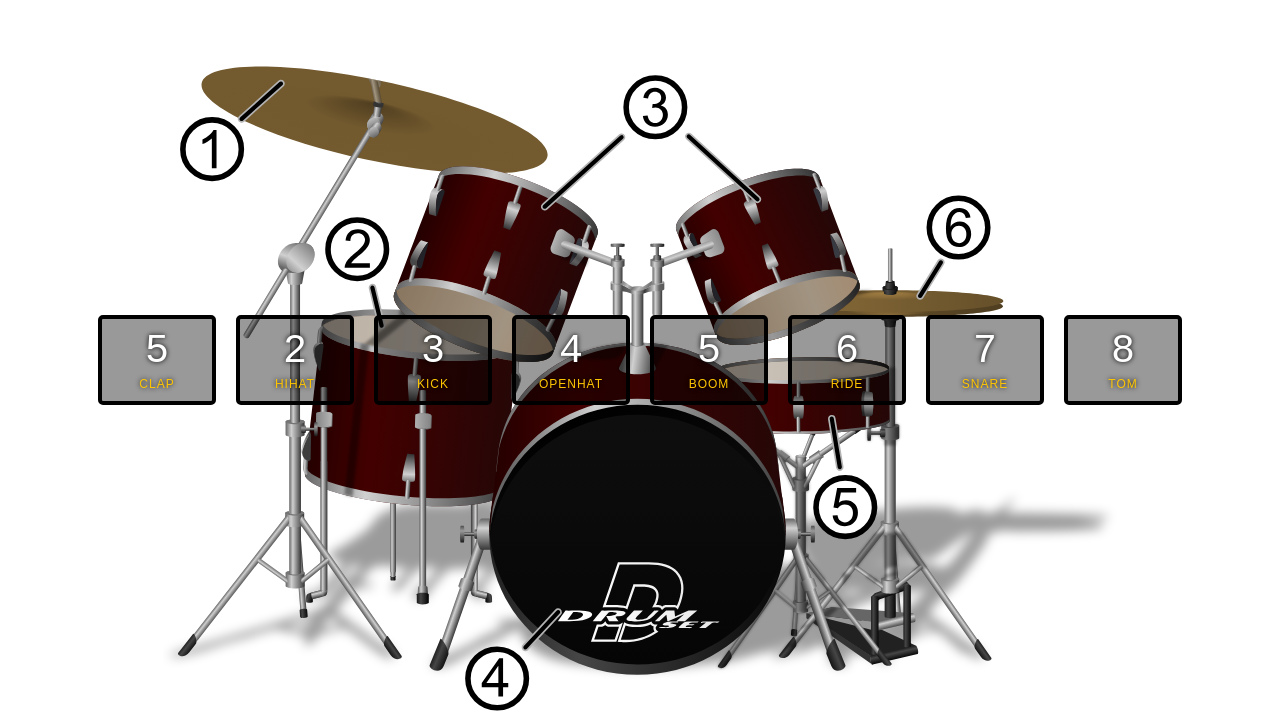
Repository: polishchuk404/drum-kit
Page: index.html
The author's editor kept a copy of each file at every save. The page is drawn from the files as they stood at one save, then again after the next save.
The browser window is 1280 px wide. The pictures show the whole page.

Above is the page before, as saved 2020-10-08 15:54:35.

### index.html
<!DOCTYPE html>
<html lang="en">
<head>
  <meta charset="UTF-8">
  <title>drum-kit</title>
  <link rel="stylesheet" href="./style/style.css">
  <link rel="icon" type="image/x-icon" href="favicon.ico"></head>
<body>


  <div class="keys">
    <div data-key="101" class="key">
      <kbd>5</kbd>
      <span class="sound">clap</span>
    </div>
    <div data-key="98" class="key">
      <kbd>2</kbd>
      <span class="sound">hihat</span>
    </div>
    <div data-key="99" class="key">
      <kbd>3</kbd>
      <span class="sound">kick</span>
    </div>
    <div data-key="100" class="key">
      <kbd>4</kbd>
      <span class="sound">openhat</span>
    </div>
    <div data-key="101" class="key">
      <kbd>5</kbd>
      <span class="sound">boom</span>
    </div>
    <div data-key="102" class="key">
      <kbd>6</kbd>
      <span class="sound">ride</span>
    </div>
    <div data-key="103" class="key">
      <kbd>7</kbd>
      <span class="sound">snare</span>
    </div>
    <div data-key="104" class="key">
      <kbd>8</kbd>
      <span class="sound">tom</span>
    </div>
  </div>

  <audio data-key="97" src="./sounds/clap.wav"></audio>
  <audio data-key="98" src="./sounds/hihat.wav"></audio>
  <audio data-key="99" src="./sounds/kick.wav"></audio>
  <audio data-key="100" src="./sounds/openhat.wav"></audio>
  <audio data-key="101" src="./sounds/boom.wav"></audio>
  <audio data-key="102" src="./sounds/ride.wav"></audio>
  <audio data-key="103" src="./sounds/snare.wav"></audio>
  <audio data-key="104" src="./sounds/tom.wav"></audio>


  <script src="./js/main.js"></script>
</body>
</html>

### style/style.css
html {
  font-size: 10px;
  background: url('../drum_set.svg') center center no-repeat;
  background-size: contain;
}

body,html {
  margin: 0;
  padding: 0;
  font-family: sans-serif;
}

.keys {
  display: flex;
  flex: 1;
  min-height: 100vh;
  align-items: center;
  justify-content: center;
}

.key {
  border: .4rem solid black;
  border-radius: .5rem;
  margin: 1rem;
  font-size: 1.5rem;
  padding: 1rem .5rem;
  transition: all .07s ease;
  width: 10rem;
  text-align: center;
  color: white;
  background: rgba(0,0,0,0.4);
  text-shadow: 0 0 .5rem black;
}

.playing {
  transform: scale(1.1);
  border-color: #ffc600;
  box-shadow: 0 0 1rem #ffc600;
}

kbd {
  display: block;
  font-size: 4rem;
}

.sound {
  font-size: 1.2rem;
  text-transform: uppercase;
  letter-spacing: .1rem;
  color: #ffc600;
}

### js/main.js

  window.addEventListener('keyup', (e) => {
    const key = document.querySelector(`div[data-key="${e.keyCode}"]`);
    const sound = document.querySelector(`audio[data-key="${e.keyCode}"]`);
    if (!sound) return;
    sound.currentTime = 0;
    sound.play();
    key.classList.toggle('playing');
  });
  window.addEventListener('keydown', (e) => {
    const key = document.querySelector(`div[data-key="${e.keyCode}"]`);
    key.classList.toggle('playing')
  });

  window.addEventListener('mouseup', (e) => {
    const key = document.querySelector(`.key"${e.attributes=["data-key"].value}"`);
    // const keyAt = key.attributes[0].value;
    // const sound = document.querySelector(`audio[data-key="${keyAt}"]`);
    console.log(key);

    // if (!sound) return;
    // sound.currentTime = 0;
    // sound.play();
    // key.classList.toggle('playing');
	});

After the next save:
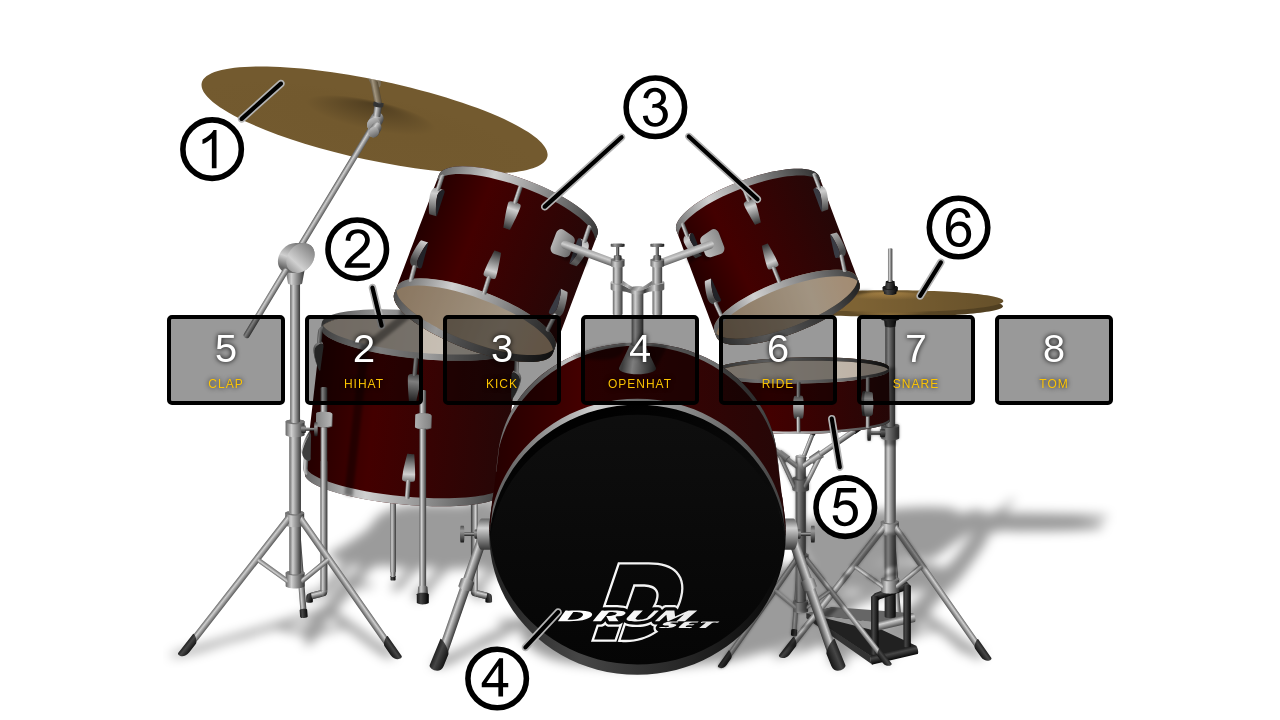
Saved 55 s later.
--- a/index.html
+++ b/index.html
@@ -25,10 +25,10 @@
       <kbd>4</kbd>
       <span class="sound">openhat</span>
     </div>
-    <div data-key="101" class="key">
+    <!-- <div data-key="101" class="key">
       <kbd>5</kbd>
       <span class="sound">boom</span>
-    </div>
+    </div> -->
     <div data-key="102" class="key">
       <kbd>6</kbd>
       <span class="sound">ride</span>

After the save that followed:
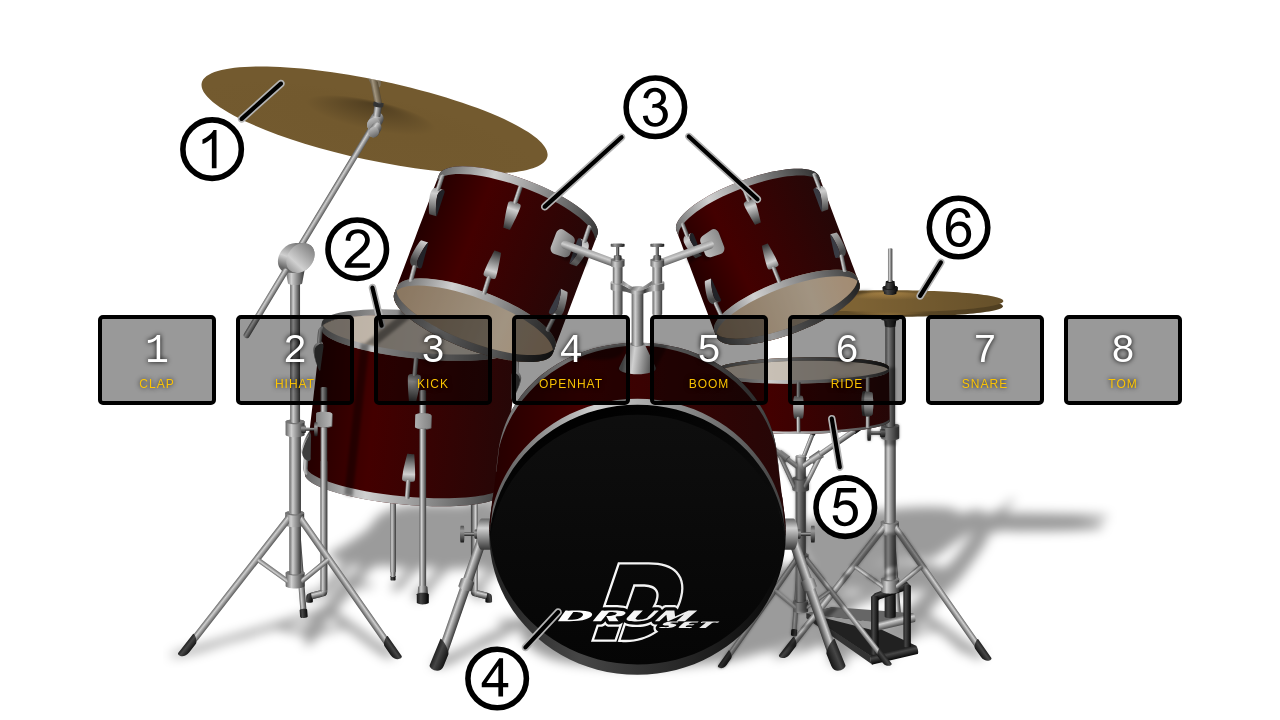
Saved 32 s later.
--- a/index.html
+++ b/index.html
@@ -9,8 +9,8 @@
 
 
   <div class="keys">
-    <div data-key="101" class="key">
-      <kbd>5</kbd>
+    <div data-key="97" class="key">
+      <kbd>1</kbd>
       <span class="sound">clap</span>
     </div>
     <div data-key="98" class="key">
@@ -25,10 +25,10 @@
       <kbd>4</kbd>
       <span class="sound">openhat</span>
     </div>
-    <!-- <div data-key="101" class="key">
+    <div data-key="101" class="key">
       <kbd>5</kbd>
       <span class="sound">boom</span>
-    </div> -->
+    </div>
     <div data-key="102" class="key">
       <kbd>6</kbd>
       <span class="sound">ride</span>
